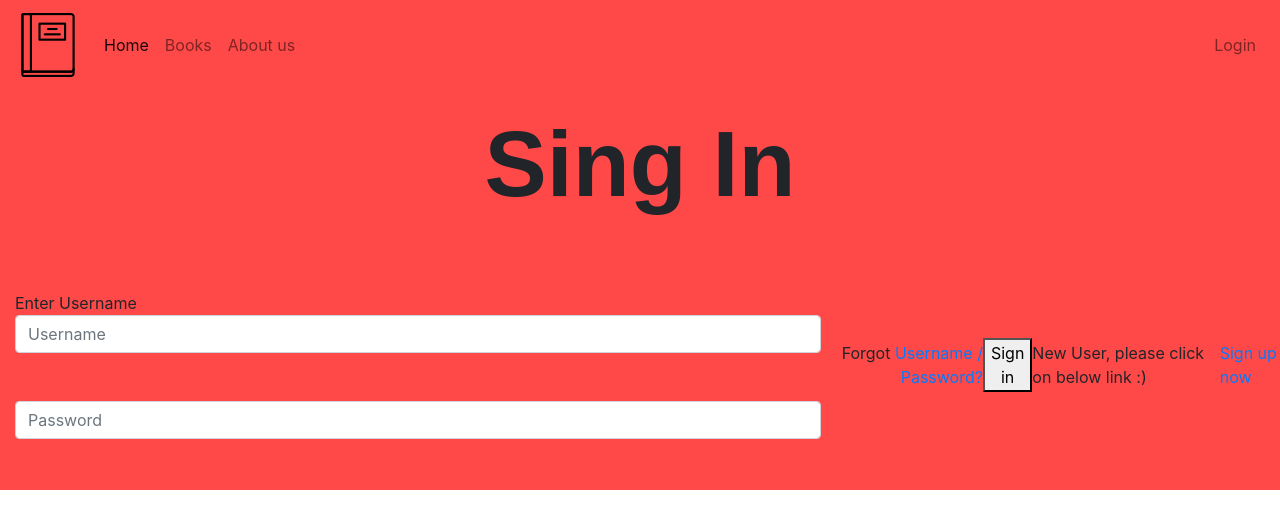
Repository: abhishekgandhi2398/BookStore
Page: http://localhost/BookStore/ulogin.jsp
These files come from the project's save history. The page is drawn as it stood at one moment and after the next save; the edit follows.
The browser window is 1280 px wide. The pictures show the whole page.
The page is served by Tomcat 9.

Above is the page before, as saved 2019-12-06 15:25:07.
Console error: TypeError: Cannot read properties of undefined (reading 'fn')

After the next save:
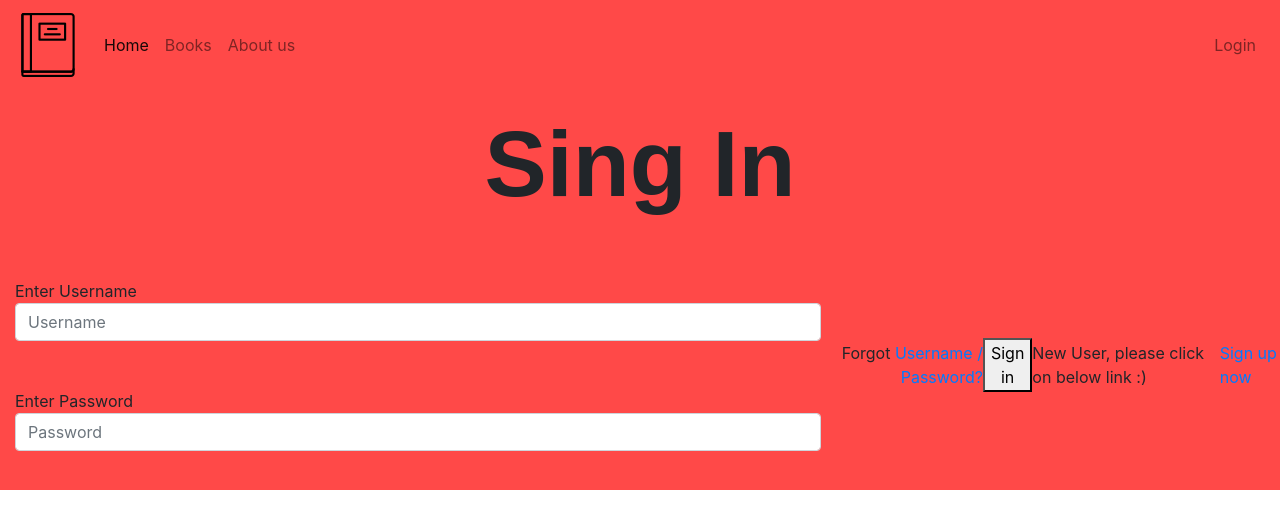
Saved 29 s later.
--- a/ProjectJava/BookStore/WebContent/ulogin.jsp
+++ b/ProjectJava/BookStore/WebContent/ulogin.jsp
@@ -94,8 +94,10 @@
 
 
 						<br>
-						<br>	<input class="form-control" type="password" name="password" placeholder="Password">
-						<span class="focus-input100"></span>
+						<br>
+								<span class="focus-input100">Enter Password</span>
+
+						<input class="form-control" type="password" name="password" placeholder="Password">
 
 					</div>
 					<div class="text-right p-t-13 p-b-23">

After the save that followed:
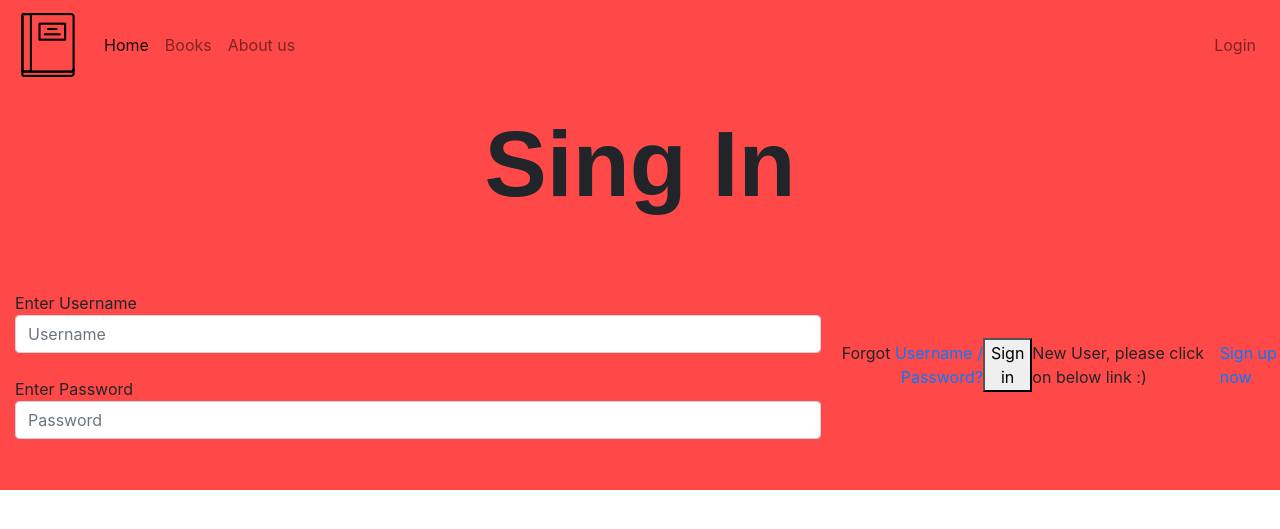
Saved 12 s later.
--- a/ProjectJava/BookStore/WebContent/ulogin.jsp
+++ b/ProjectJava/BookStore/WebContent/ulogin.jsp
@@ -94,7 +94,7 @@
 
 
 						<br>
-						<br>
+
 								<span class="focus-input100">Enter Password</span>
 
 						<input class="form-control" type="password" name="password" placeholder="Password">
